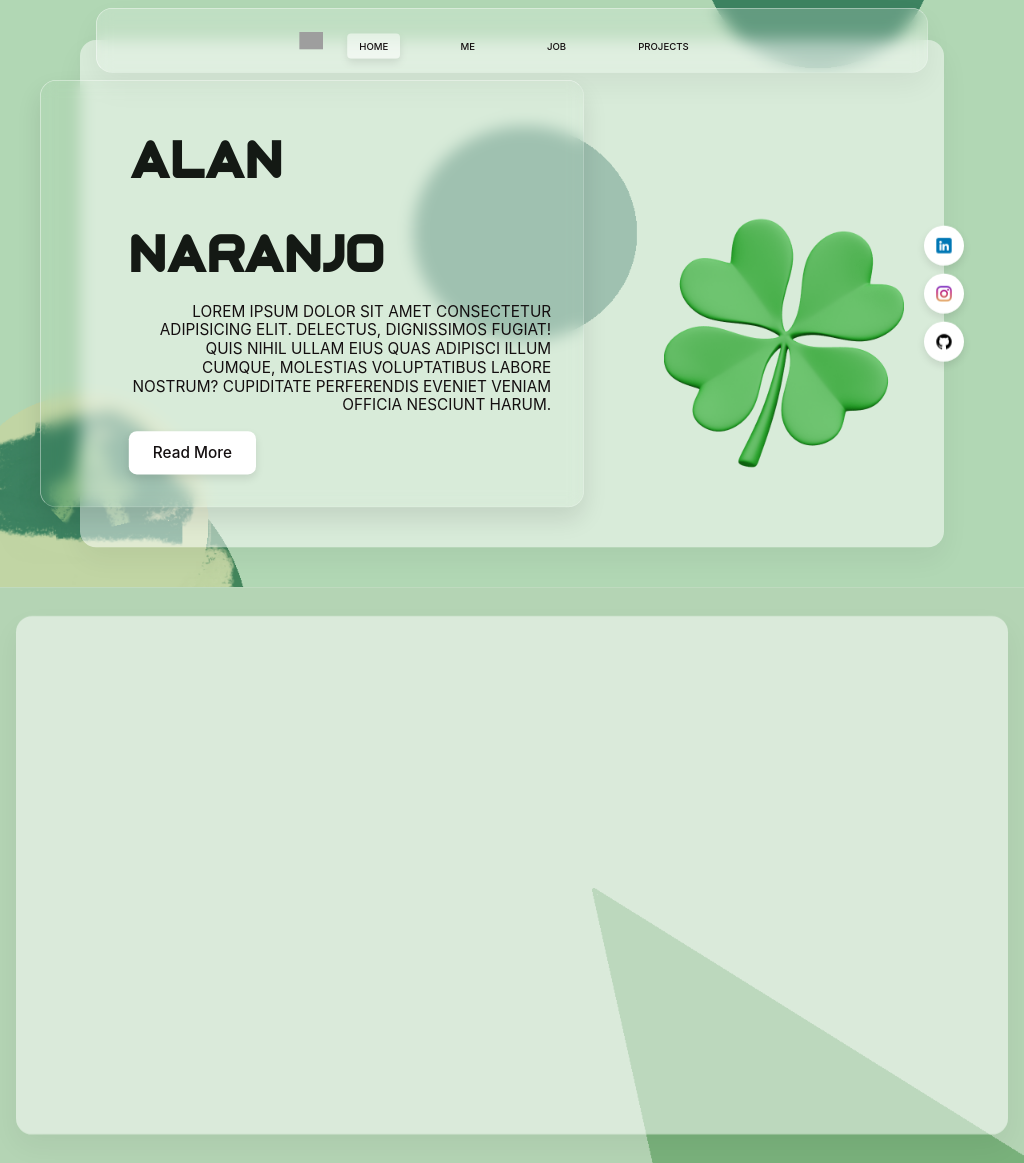
Repository: L-A-M-J-O/Me-sitio-Web
Page: / (app in my-project/)
These files come from the project's save history. The page is drawn as it stood at one moment and after the next save; the edit follows.
The browser window is 1280 px wide. The pictures show the whole page, at 80% of full size.
Pictures or frames that could not be fetched are drawn as grey boxes. Backgrounds fixed to the window are drawn as part of the page. The project was rebuilt for these pictures with package versions that can differ from the ones it lists, and the page was loaded fresh each time.

Above is the page before, as saved 2022-09-20 16:05:22.

### my-project/src/App.jsx
import './App.css';
import Me from './components/Me/Me';

import Navbar from './components/Navbar/Navbar'


function App() {
  return (
    <>
      <Navbar/>
      <Me/>
    </>


  );
}

export default App;

### my-project/src/App.css
 * {
    margin: 0;
    padding: 0;
    box-sizing: border-box;
 }

### my-project/src/components/Me/Me.jsx
import React from 'react'

import '../Me/Me.css'

import {Link } from 'react-scroll'

function Me() {
  return (
    <div className='section-me' id='me'>
      <div className='container-m-me'>
        <div className='row justify-content-end'>
          <div className='col-12'>

          </div>
        </div>
      </div>
    </div>
  )
}

export default Me

### my-project/src/components/Navbar/Navbar.jsx
import React from 'react'

import {Link} from 'react-scroll'

import logotipo from '../../assets/img/logotipo.png'
import icon from '../../assets/img/icon.png'
import instagram from '../../assets/img/instagram.png'
import linkedin from '../../assets/img/linkedin.png'
import github from '../../assets/img/github.png'

import '../Navbar/Navbar.css'


function Navbar() {
  return (
    <section id='nav'>
      <div className='container-m'>
        <header>
          <Link to='nav' className='logo'><img src={ icon} alt='icon' width={30}/></Link>
          <ul>
            <li><Link to='nav' className='active'>Home</Link></li>
            <li><Link to='me' href='#' className=''>Me</Link></li>
            <li><Link href='#' className=''>Job</Link></li>
            <li><Link href='#' className=''>Projects</Link></li>
          </ul>
        </header>
        <div className='content'>
          <h2>Alan Naranjo</h2>
          <p>Lorem ipsum dolor sit amet consectetur adipisicing elit. Delectus, dignissimos fugiat! Quis nihil ullam eius quas adipisci illum cumque, molestias voluptatibus labore nostrum? Cupiditate perferendis eveniet veniam officia nesciunt harum.</p>
          <Link href='#'>Read More</Link>
        </div>
        <div className='img-icon'>
          <img src={ logotipo } alt='logotipo'/>
        </div>
        <ul className='sci'>
          <li><Link href='#'><img src={linkedin} alt='linkedin'/></Link></li>
          <li><Link href='#'><img src={instagram} alt='instagram'/></Link></li>
          <li><Link href='#'><img src={github} alt='github'/></Link></li>
        </ul>
      </div>
    </section>
  )
}

export default Navbar

### my-project/src/components/Me/Me.css
.section-me {
    display: flex;
    justify-content: center;
    align-items: center;
    min-height: 100vh;
    background-image: url(../../assets/img/banner1.png);
    background-position: center;
    background-attachment: fixed;
    padding: 20px;
}
.container-m-me {
    position: relative;
    width: 100%;
    height: 90vh;
    background-color: rgba(255, 255, 255, 0.5);
    box-shadow:  0 15px 35px rgba(0, 0, 0, 0.05);
    border-radius: 20px;
    display: flex;
    justify-content: space-between;
    align-items: center;
    padding: 50px;
}

.content-me {
    transform: translateX(-100px);
    max-width: 700px;
    box-shadow:  0 15px 30px rgba(0, 0, 0, 0.1);
    border-radius: 20px;
    backdrop-filter: blur(10px);
    border: 1px solid rgba(255, 255, 255, 0.25);
    border-top: 1px solid rgba(255, 255, 255, 0.5);
    border-left: 1px solid rgba(255, 255, 255, 0.5);
    padding: 40px;
    padding-left: 110px;
}
.content-me h2 {
    font-family: Osiris;
    font-size: 4rem;
    line-height: 1.85;
    text-transform: lowercase;
    margin: 0;
    color: #141914;
}
.content p {
    text-align: end;
    border: var(--default-border-width) solid var(--default-border-color);
    border-radius: var(--default-border-radius);
    text-transform: uppercase;
    font-weight: 400;
    font-size: max(12px,.9375vw);
    line-height: 1.2222222222;
    transition: background-color .15s ease-in-out;
    -webkit-appearance: none;
    appearance: none;
    font-size: 1.2em;
    color: #140f10;
}
.content a {
    display: inline-block;
    padding: 15px 30px;
    background: #fff;
    color: #140f10;
    margin-top: 20px;
    border-radius: 10px;
    font-size: 1.2em;
    font-weight: 500;
    text-decoration: none;
    box-shadow:  0 5px 10px rgba(0, 0, 0, 0.1);
}

### my-project/src/components/Navbar/Navbar.css
@font-face {
    font-family: Osiris;
    src: url(../../assets//img/Osiris.otf);
}

section {
    display: flex;
    justify-content: center;
    align-items: center;
    min-height: 100vh;
    background-image: url(../../assets/img/banner.png);
    background-position: center;
    background-attachment: fixed;
    padding: 50px;
}
.container-m{
    position: relative;
    width: calc(100% - 100px);
    height: 88vh;
    background-color: rgba(255, 255, 255, 0.5);
    box-shadow:  0 15px 35px rgba(0, 0, 0, 0.05);
    border-radius: 20px;
    display: flex;
    justify-content: space-between;
    align-items: center;
    padding: 50px;
}
header {
    position: absolute;
    top: -40px;
    right: 20px;
    left: 20px;
    padding: 20px 50px;
    display: flex;
    justify-content: center;
    align-items: baseline;
    background: rgba(255, 255, 255, 0.2);
    box-shadow:  0 15px 35px rgba(0, 0, 0, 0.05);
    border-radius: 20px;
    backdrop-filter: blur(10px);
    border: 1px solid rgba(255, 255, 255, 0.25);
    border-top: 1px solid rgba(255, 255, 255, 0.5);
    border-left: 1px solid rgba(255, 255, 255, 0.5);
}

header .logo {
    color: #140f10;
    font-weight: 700;
    text-decoration: none;
    font-size: 2rem;
}
header ul {
    display: flex;
}
header ul li {
    list-style: none;
    margin:  0 30px;
}
header ul li a {
    border: var(--default-border-width) solid var(--default-border-color);
    border-radius: var(--default-border-radius);
    text-transform: uppercase;
    font-weight: 500;
    font-size: max(12px,.9375vw);
    padding: 0 1.3333em;
    height: 2.5555em;
    line-height: 1.2222222222;
    transition: background-color .15s ease-in-out;
    -webkit-appearance: none;
    appearance: none;
    text-decoration: none;
    color: #140f10;
    padding: 8px 15px;
    border-radius: 25px;
    cursor: pointer;
}
header ul li a:hover,
header ul li a.active {
    border-radius: 5px;
    background-color: #ffffff81;
    color: #140f10;
    box-shadow: 0 5px 10px rgba(0, 0, 0, 0.1);
}

.content {
    transform: translateX(-100px);
    max-width: 700px;
    box-shadow:  0 15px 30px rgba(0, 0, 0, 0.1);
    border-radius: 20px;
    backdrop-filter: blur(10px);
    border: 1px solid rgba(255, 255, 255, 0.25);
    border-top: 1px solid rgba(255, 255, 255, 0.5);
    border-left: 1px solid rgba(255, 255, 255, 0.5);
    padding: 40px;
    padding-left: 110px;
}
.content h2 {
    font-family: Osiris;
    font-size: 4rem;
    line-height: 1.85;
    text-transform: lowercase;
    margin: 0;
    color: #141914;
}
.content p {
    text-align: end;
    border: var(--default-border-width) solid var(--default-border-color);
    border-radius: var(--default-border-radius);
    text-transform: uppercase;
    font-weight: 400;
    font-size: max(12px,.9375vw);
    line-height: 1.2222222222;
    transition: background-color .15s ease-in-out;
    -webkit-appearance: none;
    appearance: none;
    font-size: 1.2em;
    color: #140f10;
}
.content a {
    display: inline-block;
    padding: 15px 30px;
    background: #fff;
    color: #140f10;
    margin-top: 20px;
    border-radius: 10px;
    font-size: 1.2em;
    font-weight: 500;
    text-decoration: none;
    box-shadow:  0 5px 10px rgba(0, 0, 0, 0.1);
}
.img-icon img {
    max-width: 400px;
    animation: animate 5s linear infinite;
}
@keyframes animate {
    0%,100%{
        transform: translateY(50px);
    }
    50% {
        transform: translateY(100px);
    }
}
.sci {
    position: absolute;
    right: -25px;
    display: flex;
    justify-content: center;
    align-items: center;
    flex-direction: column;
}
.sci li {
    list-style: none;
}
.sci li a {
    text-decoration: none;
    width: 50px;
    height: 50px;
    background: #fff;
    display: flex;
    justify-content: center;
    align-items: center;
    border-radius: 50%;
    margin: 5px 0;
    box-shadow: 0 5px 10px rgba(0, 0, 0, 0.1);
}
.sci li a img {
    transform: scale(0.6);
    transition: 0.5s;
}
sci li:hover a img {
    transform: scale(0.6) rotate(360deg);
}

Loaded but not shown: my-project/src/index.js (common file); my-project/src/index.css (common file); my-project/src/reportWebVitals.js (common file)

After the next save:
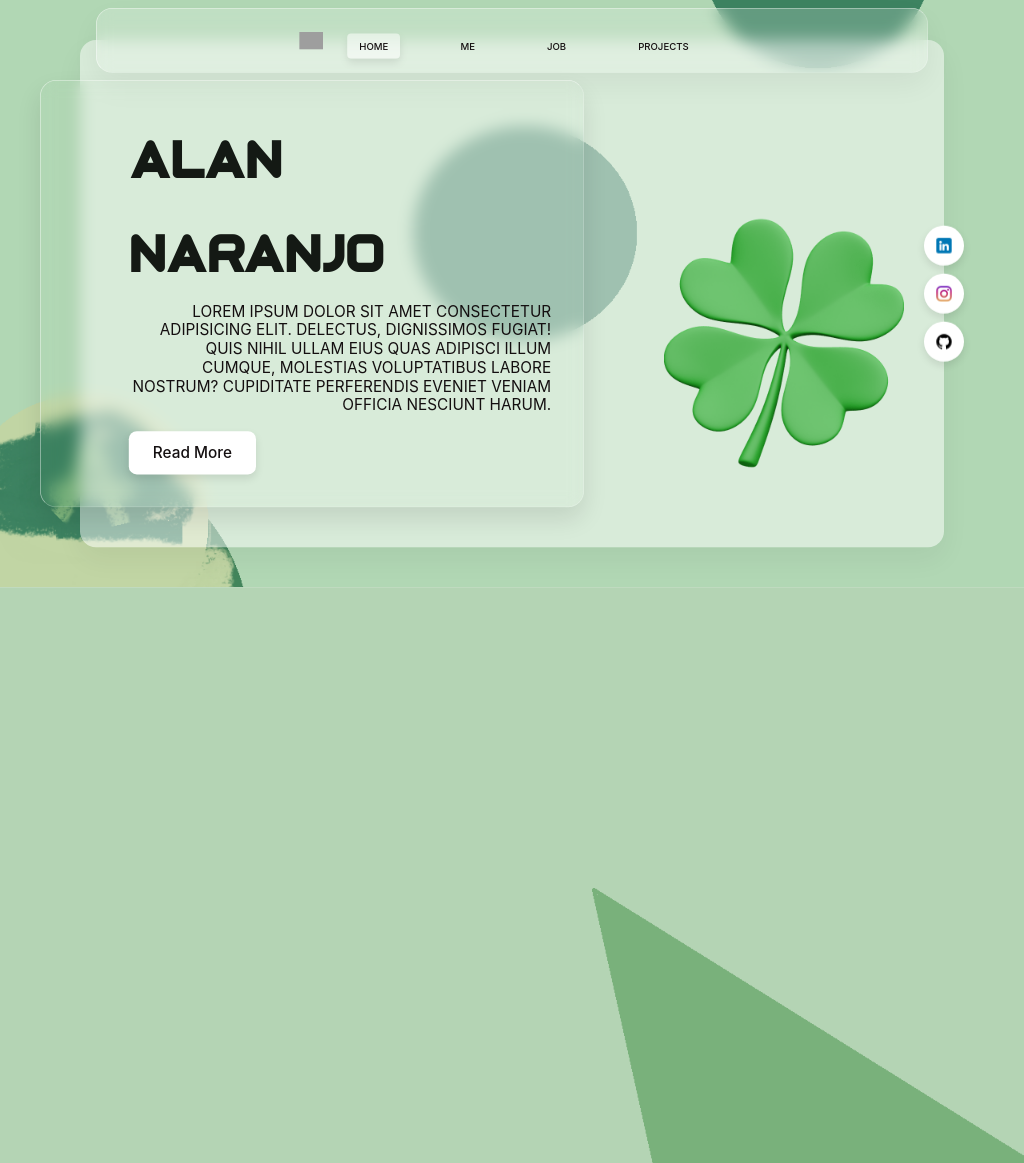
Saved 49 s later.
--- a/my-project/src/components/Me/Me.css
+++ b/my-project/src/components/Me/Me.css
@@ -8,7 +8,7 @@
     background-attachment: fixed;
     padding: 20px;
 }
-.container-m-me {
+/* .container-m-me {
     position: relative;
     width: 100%;
     height: 90vh;
@@ -19,7 +19,7 @@
     justify-content: space-between;
     align-items: center;
     padding: 50px;
-}
+} */
 
 .content-me {
     transform: translateX(-100px);

After the save that followed:
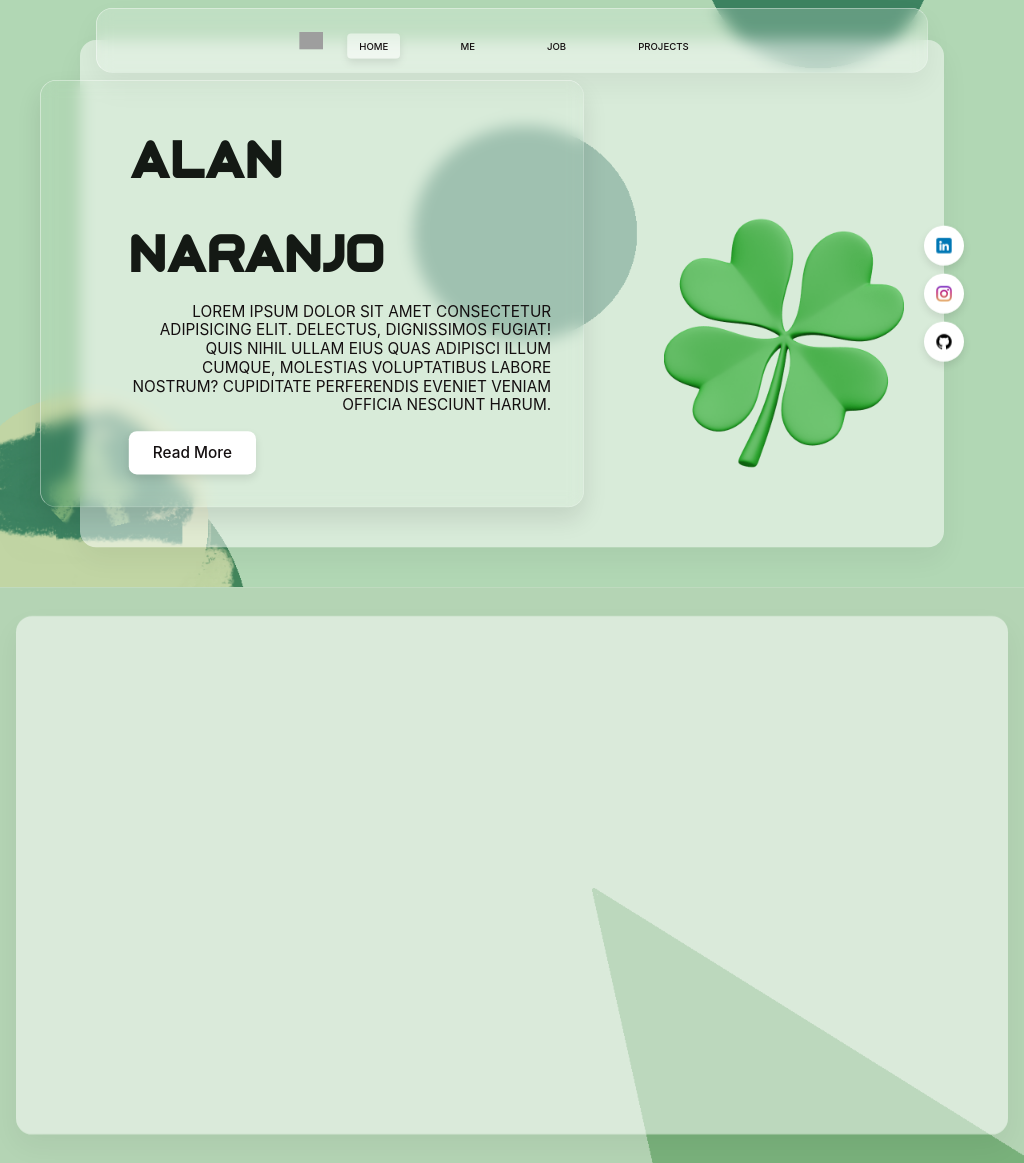
Saved 6 s later.
--- a/my-project/src/components/Me/Me.css
+++ b/my-project/src/components/Me/Me.css
@@ -8,7 +8,7 @@
     background-attachment: fixed;
     padding: 20px;
 }
-/* .container-m-me {
+.container-m-me {
     position: relative;
     width: 100%;
     height: 90vh;
@@ -19,7 +19,7 @@
     justify-content: space-between;
     align-items: center;
     padding: 50px;
-} */
+}
 
 .content-me {
     transform: translateX(-100px);
